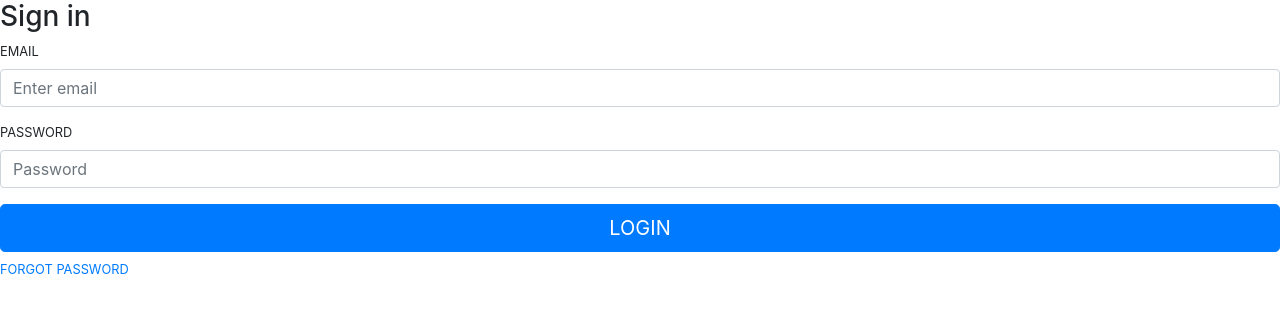
Repository: igmeMarcial/ProyectoLP-2023
Page: http://localhost/proyectoLP_2023/
These files come from the project's save history. The page is drawn as it stood at one moment and after the next save; the edit follows.
The browser window is 1280 px wide. The pictures show the whole page.
The page is served by Tomcat 9. Other server files are loaded and not shown.

Above is the page before, as saved 2023-02-21 03:19:41.
Console error: TypeError: Cannot read properties of undefined (reading 'fn')

### proyectoLP_2023/WebContent/index.jsp
<%@ page language="java" contentType="text/html; charset=ISO-8859-1"
    pageEncoding="ISO-8859-1"%>
<!DOCTYPE html PUBLIC "-//W3C//DTD HTML 4.01 Transitional//EN" "http://www.w3.org/TR/html4/loose.dtd">
<html>
<head>
<meta http-equiv="Content-Type" content="text/html; charset=ISO-8859-1">
<link rel="stylesheet" href="https://cdn.jsdelivr.net/npm/bootstrap@4.0.0/dist/css/bootstrap.min.css" integrity="sha384-Gn5384xqQ1aoWXA+058RXPxPg6fy4IWvTNh0E263XmFcJlSAwiGgFAW/dAiS6JXm" crossorigin="anonymous">
<script src="https://cdn.jsdelivr.net/npm/bootstrap@4.0.0/dist/js/bootstrap.min.js" integrity="sha384-JZR6Spejh4U02d8jOt6vLEHfe/JQGiRRSQQxSfFWpi1MquVdAyjUar5+76PVCmYl" crossorigin="anonymous"></script>
<title>Login</title>
</head>
<body>
	<div class="auth">
		 <div class="auth__body">
    <form class="auth__form" autocomplete="off">
      <div class="auth__form_body">
        <h3 class="auth__form_title">Sign in</h3>
        <div>
          <div class="form-group">
            <label class="text-uppercase small">Email</label>
            <input type="email" class="form-control" placeholder="Enter email">
          </div>
          <div class="form-group">
            <label class="text-uppercase small">Password</label>
            <input type="password" class="form-control" placeholder="Password">
          </div>
        </div>
      </div>
      <div class="auth__form_actions">
        <button class="btn btn-primary btn-lg btn-block">
          LOGIN
        </button>
        <div class="mt-2">
          <a href="#" class="small text-uppercase">
            Forgot password
          </a>
        </div>
      </div>
    </form>
  </div>
	</div>

</body>
</html>

After the next save:
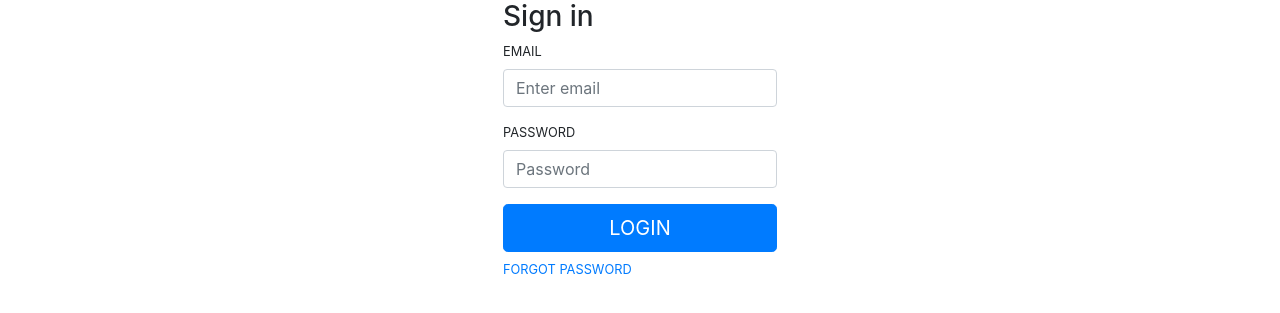
Saved 2 min 34 s later.
--- a/proyectoLP_2023/WebContent/index.jsp
+++ b/proyectoLP_2023/WebContent/index.jsp
@@ -9,7 +9,7 @@
 <title>Login</title>
 </head>
 <body>
-	<div class="auth">
+	<div class="auth d-flex justify-content-center align-items-center">
 		 <div class="auth__body">
     <form class="auth__form" autocomplete="off">
       <div class="auth__form_body">
